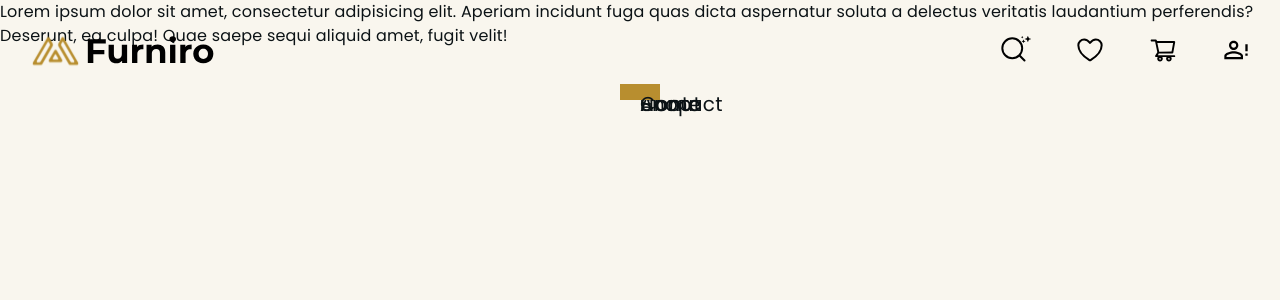
Repository: binhphanbp/furniro-interior_website
Page: index.html
The author's editor kept a copy of each file at every save. The page is drawn from the files as they stood at one save, then again after the next save.
The browser window is 1280 px wide. The pictures show the whole page.

Above is the page before, as saved 2025-02-19 23:32:04.

After the next save:
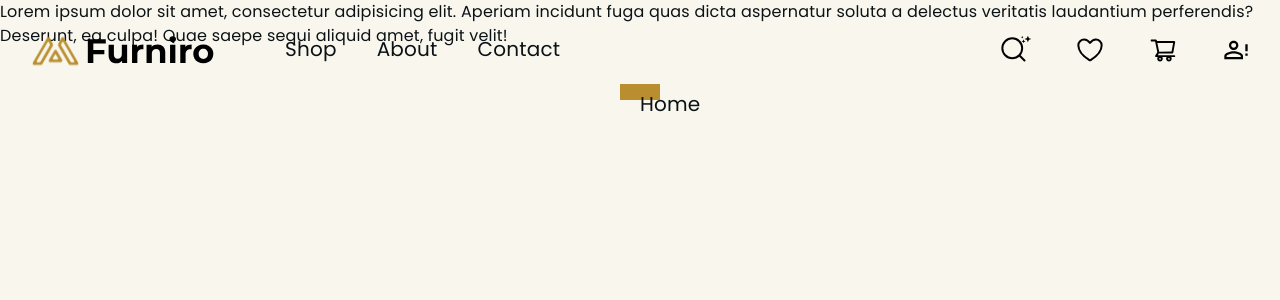
Saved 13 s later.
--- a/src/assets/styles/components/header.css
+++ b/src/assets/styles/components/header.css
@@ -57,7 +57,7 @@
   -o-transition: var(--duration);
 }
 .header .header__menu .header__menu-list li a:hover,
-.header .header__menu .header__menu-list li a {
+.header .header__menu .header__menu-list li a.--active {
   content: '';
   display: block;
   /* width: calc(100% - calc(var(--padding-lf) * 2)); */
